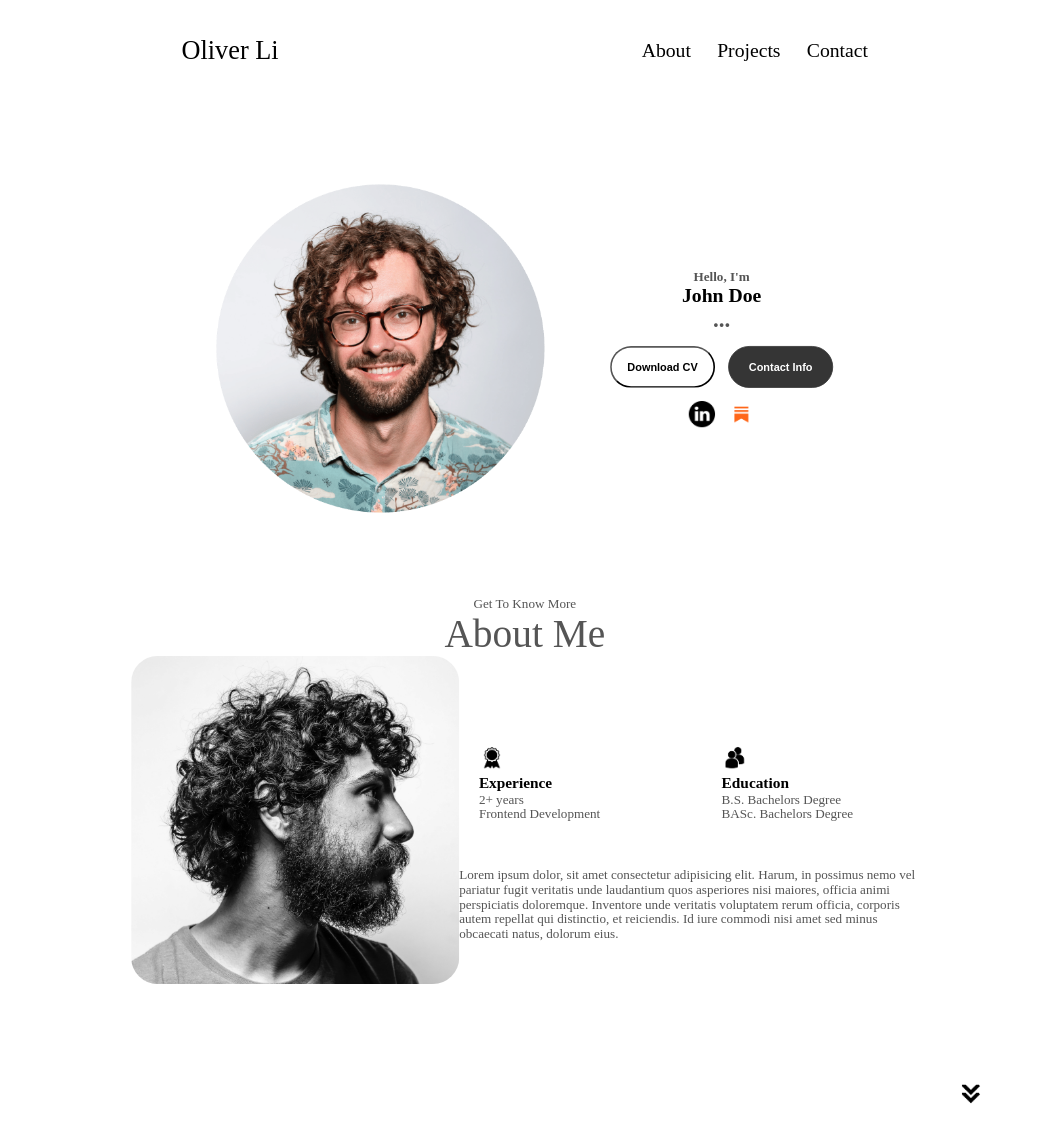
Repository: oliverli1728/portfolio
Page: index.html
The author's editor kept a copy of each file at every save. The page is drawn from the files as they stood at one save, then again after the next save.
The browser window is 1280 px wide. The pictures show the whole page, at 82% of full size.
Some web fonts or font styles are not loaded; a fallback is used.

Above is the page before, as saved 2025-09-25 21:59:56.

### index.html
<!DOCTYPE html>
<html lang="en">
<head>
    <meta charset="UTF-8">
    <meta name="viewport" content="width=device-width, initial-scale=1.0">
    <title>PC</title>
    <link rel="stylesheet" href="style.css">
    <link rel="stylesheet" href="mediaqueries.css">
</head>
    <body>
        <nav id="desktop-nav">
            <div class="logo">Oliver Li</div>
            <div>
                <ul class="nav-links">
                    <li> <a href="#about">About</a></li>
                    <li> <a href="#projects">Projects</a></li>
                    <li> <a href="#contact">Contact</a></li>
                </ul>
            </div>
        </nav>
        <nav id="hamburger-nav">
            <div class="logo">Oliver Li</div>
            <div class="hamburger-menu">
                <div class="hamburger-icon" onclick="toggleMenu()">
                    <span></span>
                    <span></span>
                    <span></span>
                </div>
                <div class="menu-links">
                    <li> <a href="#about" onclick="toggleMenu()">About</a></li>
                    <li> <a href="#projects" onclick="toggleMenu()">Projects</a></li>
                    <li> <a href="#contact" onclick="toggleMenu()">Contact</a></li>
                </div>
            </div>
        </nav>
        <section id="profile">
            <div class="section__pic-container">
                <img src="./assets/profile-pic.png" alt="John Doe profile">
            </div>
        <div class="section__text">
            <p class="section__text__p1">Hello, I'm</p>
            <h1 class="Title">John Doe</h1>
            <p class="section__text__p2">...</p>
            <div class="btn-container">
                <button class="btn btn-color-2"
                onclick="window.open('./assets/resume-example.pdf')">Download CV
            </button>
                <button class="btn btn-color-1"
                onclick="location.href='./#contact'">Contact Info
            </button>
            </div>
            <div id="socials-container">
                <img src="./assets/linkedin.png" alt="LinkedIn"
                class="icon" onclick="location.href='https://www.linkedin.com/in/oliverli1728/'"/>

                <img src="./assets/substack.png" alt="substack"
                class="icon" onclick="location.href='https://substack.com/@oliver1728'"/>

            </div>
        </div>
        </section>

        <section id="about">
            <p class="section__text__p1"> Get To Know More </p>
            <p class="title"> About Me </p>
            <div class="section-container">
                <div class="section__pic-container">
                    <img src="./assets/about-pic.png" alt="about"
                    class="about-pic">
                </div>
                <div class="about-details-container">
                    <div class="about-containers">
                        <div class="details-container">
                            <img src="./assets/experience.png" alt="experience"
                            class="icon">
                        <h3>Experience</h3>
                        <p>2+ years <br> Frontend Development</p>
                        </div>
                    <div class="details-container">
                            <img src="./assets/education.png" alt="education"
                            class="icon">
                        <h3>Education</h3>
                        <p>B.S. Bachelors Degree <br> BASc. Bachelors Degree</p>
                    </div>
                    </div>
                <div class="text-container">
                <p>Lorem ipsum dolor, sit amet consectetur adipisicing elit. Harum, in possimus nemo vel pariatur fugit veritatis unde laudantium quos asperiores nisi maiores, officia animi perspiciatis doloremque. Inventore unde veritatis voluptatem rerum officia, corporis autem repellat qui distinctio, et reiciendis. Id iure commodi nisi amet sed minus obcaecati natus, dolorum eius.</p>
                </div>
                </div>
            </div>
            <img src="./assets/arrow.png" alt="Arrow icon" class="icon arrow"
            onclick="location.href='./#experience'"/>
        </section>
        <script src="script.js"></script>
    </body>
</html>

### style.css
/* General */


@import url('https://fonts.googleapis.com/css2?family=Lusitana:wght@400;700&display=swap');


* {
    margin: 0;
    padding: 0;
}

body {
    font-family: "Lusitana", serif;
    font-weight: 400;
    font-style: normal;
}

html {
    scroll-behavior: smooth;
}

p {
    color: rgb(85, 85, 85);
}

/* transition */

a, .btn {
    transition: all 300ms ease;
}

/* Desktop Nav*/

nav, .nav-links {
    display: flex;
}

nav {
    justify-content: space-around;
    align-items: center;
    height: 17vh;
}

.nav-links {
    gap: 2rem;
    list-style: none;
    font-size: 1.5rem;
}

a {
    color: black;
    text-decoration: none;
    text-decoration-color: white;
}

a:hover {
    color: grey;
    text-decoration: underline;
    text-underline-offset: 0.5rem;
    text-decoration-color: (181, 181, 181);
}

.logo {
    font-size: 2rem;
}

.logo:hover {
    cursor: default;
}


/*Hamburger Menu*/

#hamburger-nav {
    display: none;
}

.hamburger-menu {
    position: relative;
    display: inline-block;
}

.hamburger-icon {
    display: flex;
    flex-direction: column;
    justify-content: space-between;
    height: 24px;
    width: 30px;
    cursor: pointer;
}

.hamburger-icon span {
    width: 100%;
    height: 2px;
    background-color: black;
    transition: all 0.3 ease-in-out;
}

.menu-links {
    position: absolute;
    top: 100%;
    right: 0;
    background-color: white;
    width: fit-content;
    max-height: 0;
    overflow: hidden;
    transition: all 0.3 ease-in-out;
}

.menu-links a {
    display: block;
    padding: 10px;
    text-align: center;
    font-size: 1.5rem;
    color: black;
    text-decoration: none;
    transition: all 0.3 ease-in-out;
}

.menu-links li {
    list-style: none;
}

.menu-links.open {
    max-height: 300px;
}

/* Rotating line into x */
.hamburger-icon.open span:first-child {
    transform: rotate(45deg) translate(10px, 5px)
}

.hamburger-icon.open span:nth-child(2) {
    opacity: 0;
}

.hamburger-icon.open span:last-child {
    transform: rotate(-45deg) translate(10px, -5px)
}

.hamburger-icon span:first-child {
    transform: none;
}

.hamburger-icon span:first-child {
    opacity: 1;
}

.hamburger-icon span:first-child {
    transform: none;
}


/* Sections */


section {
    padding-top: 4vh;
    height: 96vh;
    margin: 0 10rem;
    box-sizing: border-box;
    min-height: fit-content;
}

.section-container {
    display: flex;
}


/* Profile Section */

#profile {
    display: flex;
    justify-content: center;
    gap: 5rem;
    height: 80vh;
}

.section__pic-container {
    display: flex;
    height: 400px;
    width: 400px;
    margin: auto 0;
}

.section__text {
    align-self: center;
    text-align: center;
}

.section__text p {
    font-weight: 600;
}

.section__text__p1 {
    text-align: center;
}

.section__text__p2 {
    font-size: 1.75rem;
    margin-bottom: 1rem;
}

.title {
    font-size: 3rem;
    text-align: center;
}

#socials-container {
    display: flex;
    justify-content: center;
    margin-top: 1rem;
    gap: 1rem;
}

/* ICONS */

.icon {
    cursor: pointer;
    height: 2rem;
}

/* Buttons */

.btn-container {
    display: flex;
    justify-content: center;
    gap: 1rem;
}

.btn {
    font-weight: 600;
    transition: all 300ms ease;
    padding: 1rem;
    width: 8rem;
    border-radius: 2rem;
}

.btn-color-1, btn-color-2 {
    border: rgb(53, 53, 53) 0.1rem solid;

}

.btn-color-1:hover, btn-color-2:hover {
    cursor: pointer;
}

.btn-color-1, btn-color-2:hover {
    background: rgb(53, 53, 53);
    color: white;
}

.btn-color-1:hover {
    background: rgb(0, 0, 0);
}

.btn-color-2 {
    background: none;
}

.btn-color2:hover {
    border: rgb(255, 255, 255) 0.1 rem solid;
}

.btn-container {
    gap: 1rem;
}

/* ABOUT SECTION */

#about {
    position: relative;
}

.about-containers {
    gap: 2rem;
    margin-bottom: 2rem;
    margin-top: 2rem;
}

.about-details-container {
    justify-content: center;
    flex-direction: column;
}

.about-containers, .about-details-container {
    display: flex;
}

.about-pic {
    border-radius: 2rem;
}

.arrow {
    position: absolute;
    right: -5rem;
    bottom: 2.5rem;
}

.details-container {
    padding: 1.5rem;
    flex: 1;
    background: white;
    border-radius: 2rem;
    border: rgb(53,53,53)
}

### mediaqueries.css

/*When screen size < 1200px, desktop nav disappears*/
@media screen and (max-width: 1200px) {
    #desktop-nav {
        display: none;
    }
    #hamburger-nav {
        display: flex;
    }
}

### script.js
function toggleMenu() {
    const menu = document.querySelector(".menu-links");
    const icon = document.querySelector(".hamburger-icon");

    menu.classList.toggle("open")
    icon.classList.toggle("open")
}

After the next save:
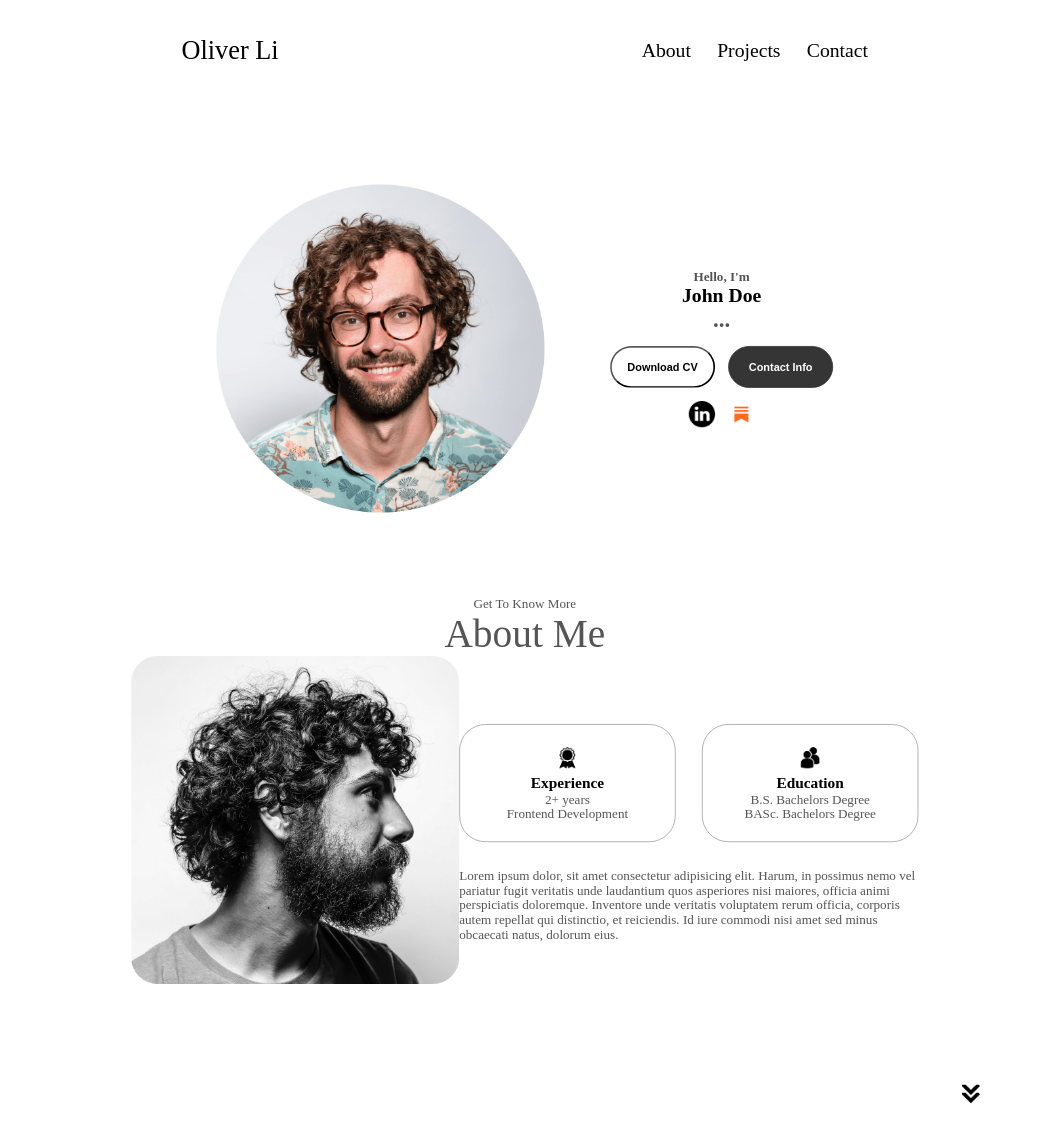
Saved 25 s later.
--- a/style.css
+++ b/style.css
@@ -302,5 +302,7 @@ section {
     flex: 1;
     background: white;
     border-radius: 2rem;
-    border: rgb(53,53,53)
-}
+    border: rgb(53,53,53), 0.1rem solid;
+    border-color: rgb(163, 163, 163);
+    text-align: center;
+}
